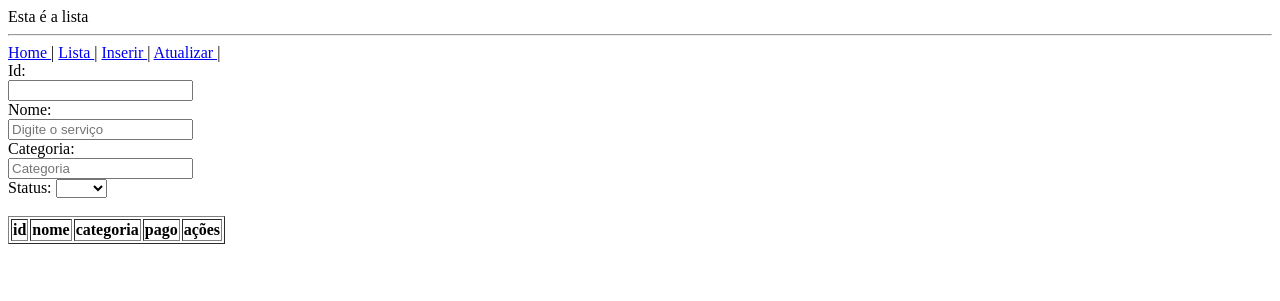
Repository: vivian-nakano/Projetos-Spring
Page: webmvc/src/main/resources/static/atualizar.html
These files come from the project's save history. The page is drawn as it stood at one moment and after the next save; the edit follows.
The browser window is 1280 px wide. The pictures show the whole page.
The page's requests for data from a server got no answer. Some web libraries are served in a nearby version.

Above is the page before, as saved 2020-11-10 23:46:42.

After the next save:
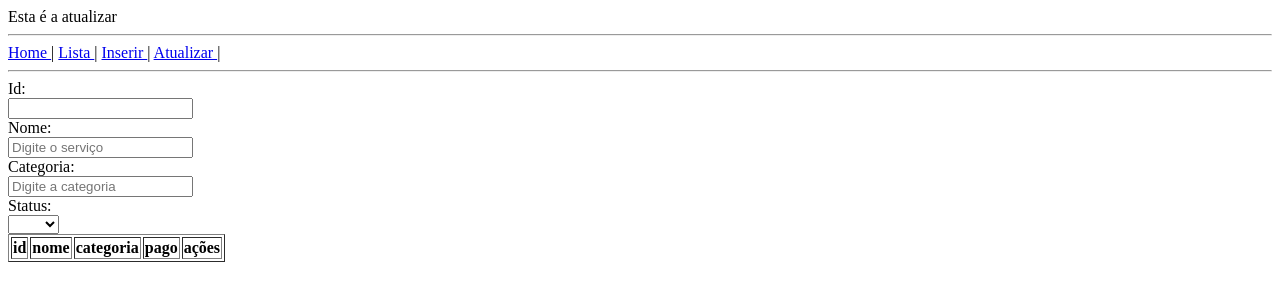
Saved 2 min 18 s later.
--- a/webmvc/src/main/resources/static/atualizar.html
+++ b/webmvc/src/main/resources/static/atualizar.html
@@ -3,35 +3,36 @@
 <head>
 <meta charset="ISO-8859-1">
 <title>Insert title here</title>
-<script
-	src="https://ajax.googleapis.com/ajax/libs/angularjs/1.6.9/angular.min.js">
-
-</script>
-<script src="controller.js">
-
-</script>
+<script src="https://ajax.googleapis.com/ajax/libs/angularjs/1.6.9/angular.min.js"></script>
+<script src="controller.js"></script>
 </head>
 <body>
-	Esta é a lista
+
+	Esta é a atualizar
+
 	<hr>
 	<a href="index.html"> Home </a> |
 	<a href="lista.html"> Lista </a> |
 	<a href="inserir.html"> Inserir </a> |
 	<a href="atualizar.html"> Atualizar </a> |
 
+	<hr>
+
 	<div ng-app="myApp" ng-controller="myCtrl">
 		<form>
-			Id:<br> <input type="number" ng-model="id"> <br>
-			Nome:<br> <input type="text" ng-model="nome" size="20"
-				placeholder="Digite o serviço"> <br> Categoria:<br>
-			<input type="text" ng-model="categoria" size="20"
-				placeholder="Categoria"> <br> Status: <select
-				ng-model="pago">
+
+		Id: <br> <input type="number" ng-model="id"> <br>
+
+		Nome: <br> <input type="text" ng-model="nome" size="20" placeholder="Digite o serviço"> <br>
+
+		Categoria: <br> <input type="text" ng-model="categoria" size="20" placeholder="Digite a categoria"> <br>
+
+		Status: <br> <select ng-model="pago">
 				<option>true</option>
 				<option>false</option>
-			</select> <br>
+		</select> <br>
 		</form>
-		<br>
+
 		<table border="1">
 			<tr>
 				<th>id</th>
@@ -47,8 +48,8 @@
 				<td>{{manutencao.categoria}}</td>
 				<td>{{manutencao.pago}}</td>
 				<td>
-					<button ng-click="put()">Atualizar</button> |
-					<button onclick="location.href='atualizar.html'">Refresh</button>
+					<button ng-click="put()">Atualizar</button>
+					|<button onclick="location.href='atualizar.html'"> Refresh </button>
 				</td>
 			</tr>
 		</table>
